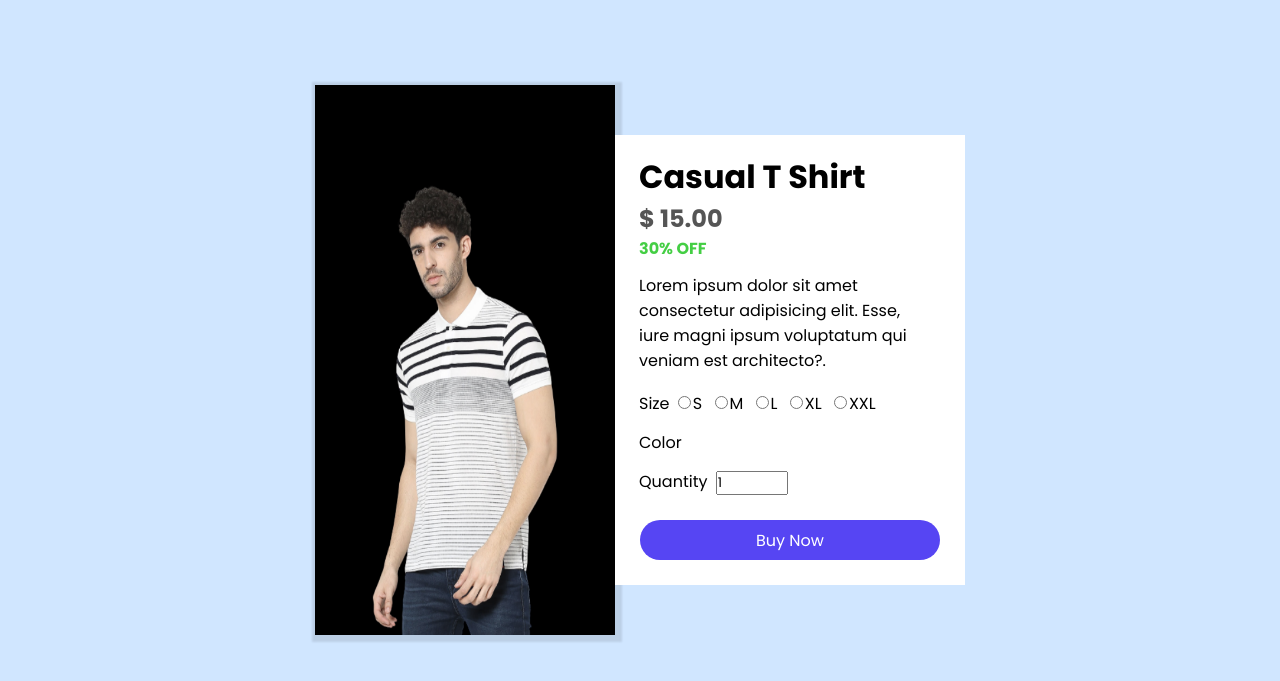
Repository: Ankitkr2021/Product-Page
Page: index.html
An editor plug-in stored every save of this project. The page is shown before and after the next save, followed by the edit.
The browser window is 1280 px wide. The pictures show the whole page.

Above is the page before, as saved 2025-10-24 11:31:57.

### index.html
<!DOCTYPE html>
<html lang="en">
<head>
    <meta charset="UTF-8">
    <meta name="viewport" content="width=device-width, initial-scale=1.0">
    <title>Product Page Design</title>
    <link rel="stylesheet" href="./style.css">
</head>
<body>
    <div class="main">
    <div class="left">
    <div class="image1"><img src="./images/image1.png" alt=""></div>
    <div class="image2"></div>
    <div class="image3"></div>
    </div>
    <div class="right">
        <h1>Casual T Shirt</h1>
        <h2>$ 15.00</h2>
        <h4>30% OFF</h4>
        <p>Lorem ipsum dolor sit amet consectetur adipisicing elit. Esse, iure magni ipsum voluptatum qui veniam est architecto?.</p>

        <div class="size"> Size
        <label><input type="radio" name="size" value="s">S</label>
        <label><input type="radio" name="size" value="m">M</label>
        <label><input type="radio" name="size" value="l">L</label>
        <label><input type="radio" name="size" value="xl">XL</label>
        <label><input type="radio" name="size" value="xxl">XXL</label>
        </div>

        <div class="color">
        Color
        <label><input type="radio" name="color" value="red"></label>
        <label><input type="radio" name="color" value="green"></label>
        <label><input type="radio" name="color" value="blue"></label>
        <label><input type="radio" name="color" value="pink"></label>
        </div>

        <div class="quantity">
            Quantity
            <label><input type="number" id="qty" name="qty" min="1" max="10" value="1"></label>
        </div>

        <button> Buy Now</button>
    </div>
    </div>
</body>
</html>

### style.css
@import url("https://fonts.googleapis.com/css2?family=Poppins:wght@400;700&display=swap");

*{
    margin: 0;
    padding: 0;
    box-sizing: border-box;
    font-family: "Poppins",sans-serif;
}

.main {
    display: flex;
    align-items: center;
    justify-content: center;
    height: 100vh;
    width: 100%;
    background: rgba(187, 219, 255, 0.692);
}

.left {
    height: 550px;
    width: 300px;
    background: #000;
    box-shadow: 2px 2px 2px 5px rgba(0,0,0,0.1);
}

img {
    /* background: green; */
    margin-top: 100px;
    height: 450px;
    width: 300px;
}

.right{
    height: 450px;
    width: 350px;
    background: #fff;
}

.right h1 {
    padding: 18px 12px 0 24px;
}

.right h2 {
    padding: 0 12px 0 24px;
    color: rgb(85, 85, 85);
}

.right h4 {
    padding: 0 12px 12px 24px;
    color: rgb(68, 206, 68);
}

.right p {
    width: 310px;
    padding: 0px 12px 0 24px ;
}

.size {
    padding: 18px 12px 0 24px;
}

input[type="radio"][name="size"] {
  margin-right: 2px;
}

.color {
    padding: 14px 12px 0 24px;
}

.color input[type="radio"] {
  display: none;
}
.color input[value="red"] + label {
  background: red;
}

.quantity {
    padding: 14px 12px 0 24px;
}

button {
    display: flex;
    align-items: center;
    justify-content: center;
    padding: 14px 12px 0 24px;
    margin: 25px;
    width: 300px;
    height: 40px;
    padding: 10px;
    border-radius: 25px;
    border: none;
    background: rgb(86, 69, 243);
    color: #fff;
    font-size: 16px;
}



.right label {
    padding: 4px ;
}

After the next save:
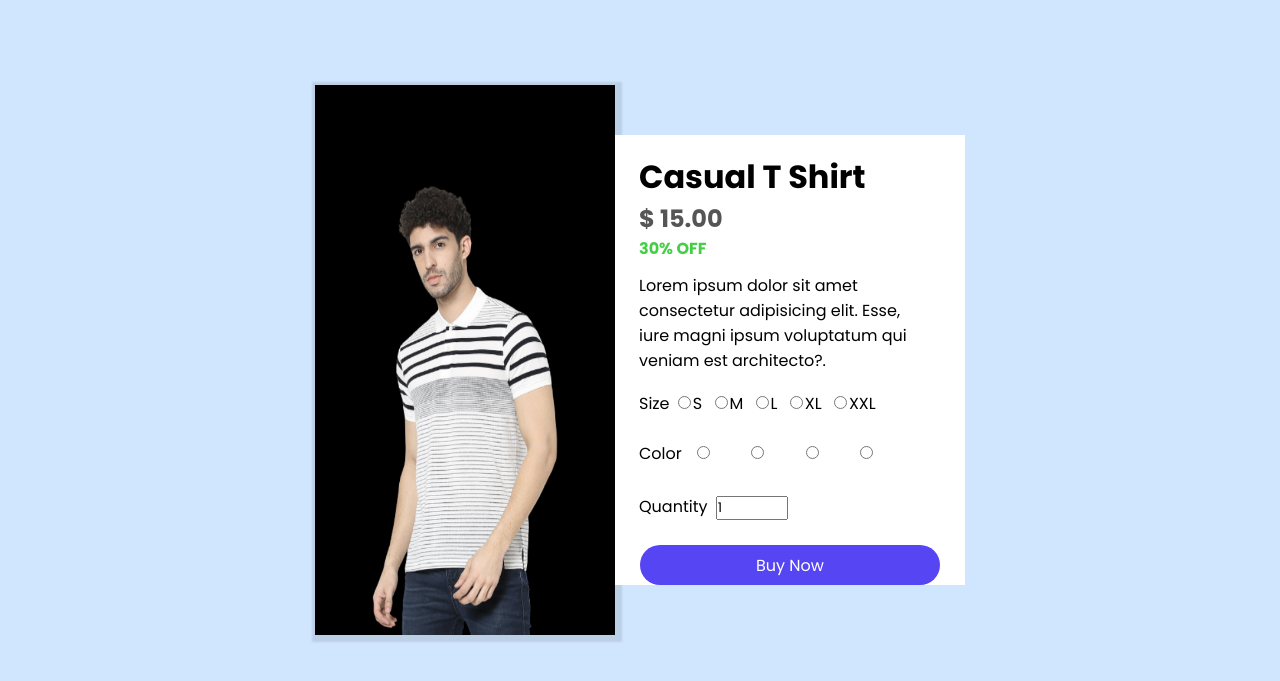
Saved 30 s later.
--- a/style.css
+++ b/style.css
@@ -67,12 +67,33 @@ input[type="radio"][name="size"] {
     padding: 14px 12px 0 24px;
 }
 
-.color input[type="radio"] {
-  display: none;
+.color label {
+  display: inline-block;
+  width: 40px;
+  height: 40px;
+  border-radius: 50%;
+  cursor: pointer;
+  margin: 5px;
+  border: 2px solid transparent;
 }
+
 .color input[value="red"] + label {
   background: red;
 }
+
+.color input[value="blue"] + label {
+  background: blue;
+}
+
+.color input[value="green"] + label {
+  background: green;
+}
+
+/* Highlight selected */
+.color input[type="radio"]:checked + label {
+  border-color: #000;
+}
+
 
 .quantity {
     padding: 14px 12px 0 24px;
